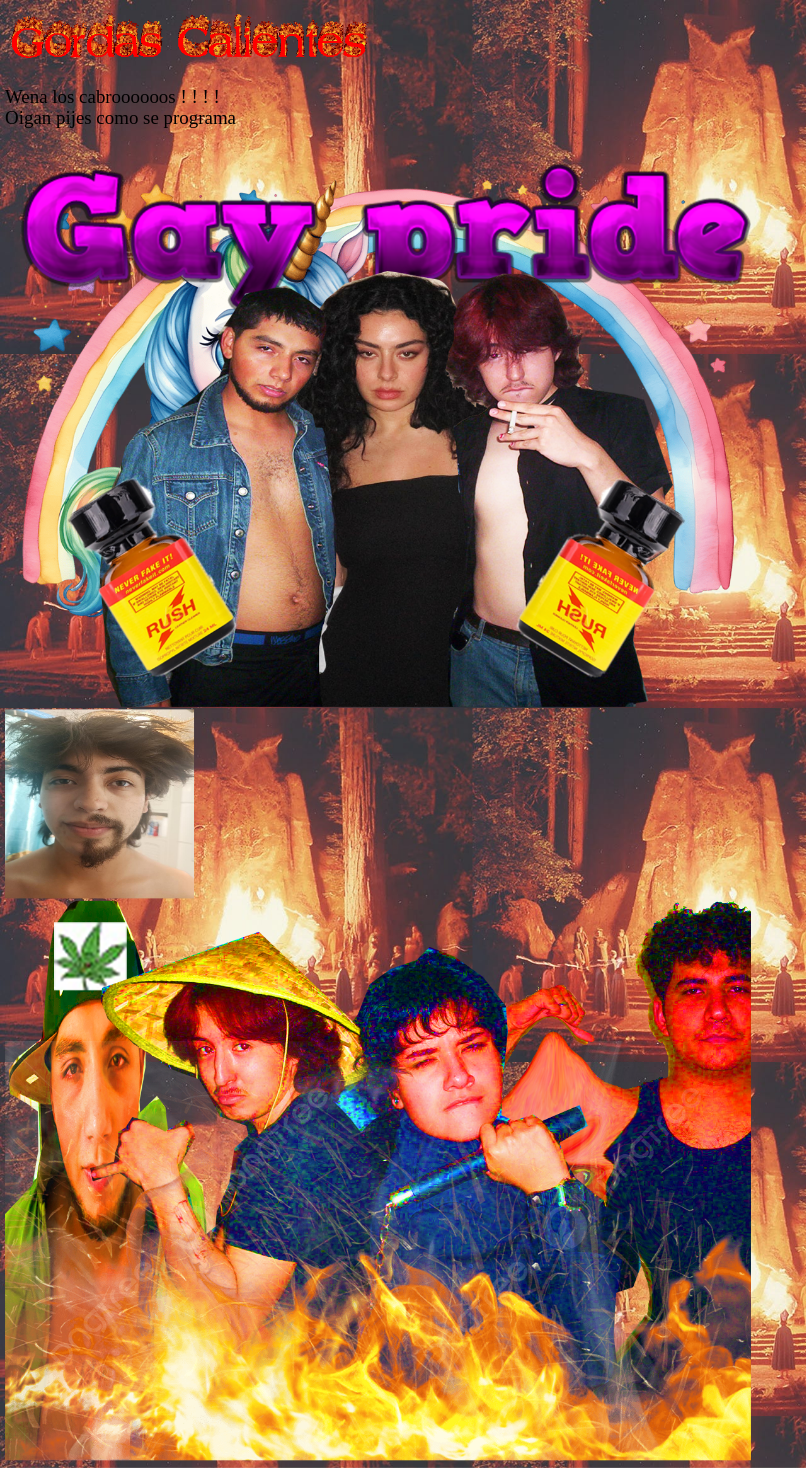
Repository: Eduloco69/crazy-website
Page: index.html
An editor plug-in stored every save of this project. The page is shown before and after the next save, followed by the edit.
The browser window is 1280 px wide. The pictures show the whole page, at 63% of full size.

Above is the page before, as saved 2025-06-03 22:57:19.

After the next save:
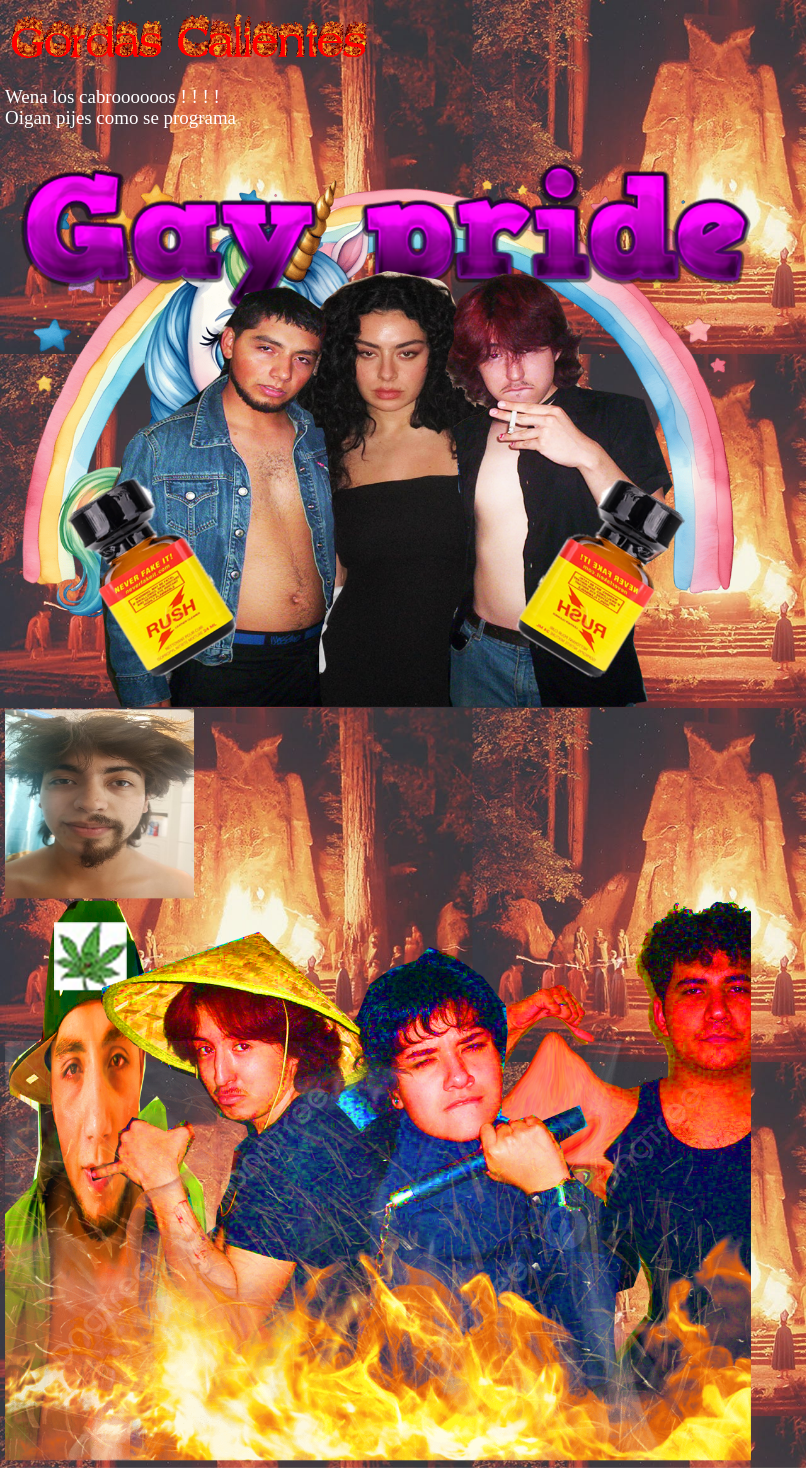
Saved 98 s later.
--- a/index.html
+++ b/index.html
@@ -13,7 +13,7 @@
 <body>
     <img src="src/title_gordas.gif" alt="">
 
-    <p style="font-family: 'Comic Sans MS'; font-size: 30px;">
+    <p style="font-family: 'Comic Sans MS'; font-size: 30px; color: white;">
         Wena los cabroooooos ! ! ! !
         <br>
         Oigan pijes como se programa
